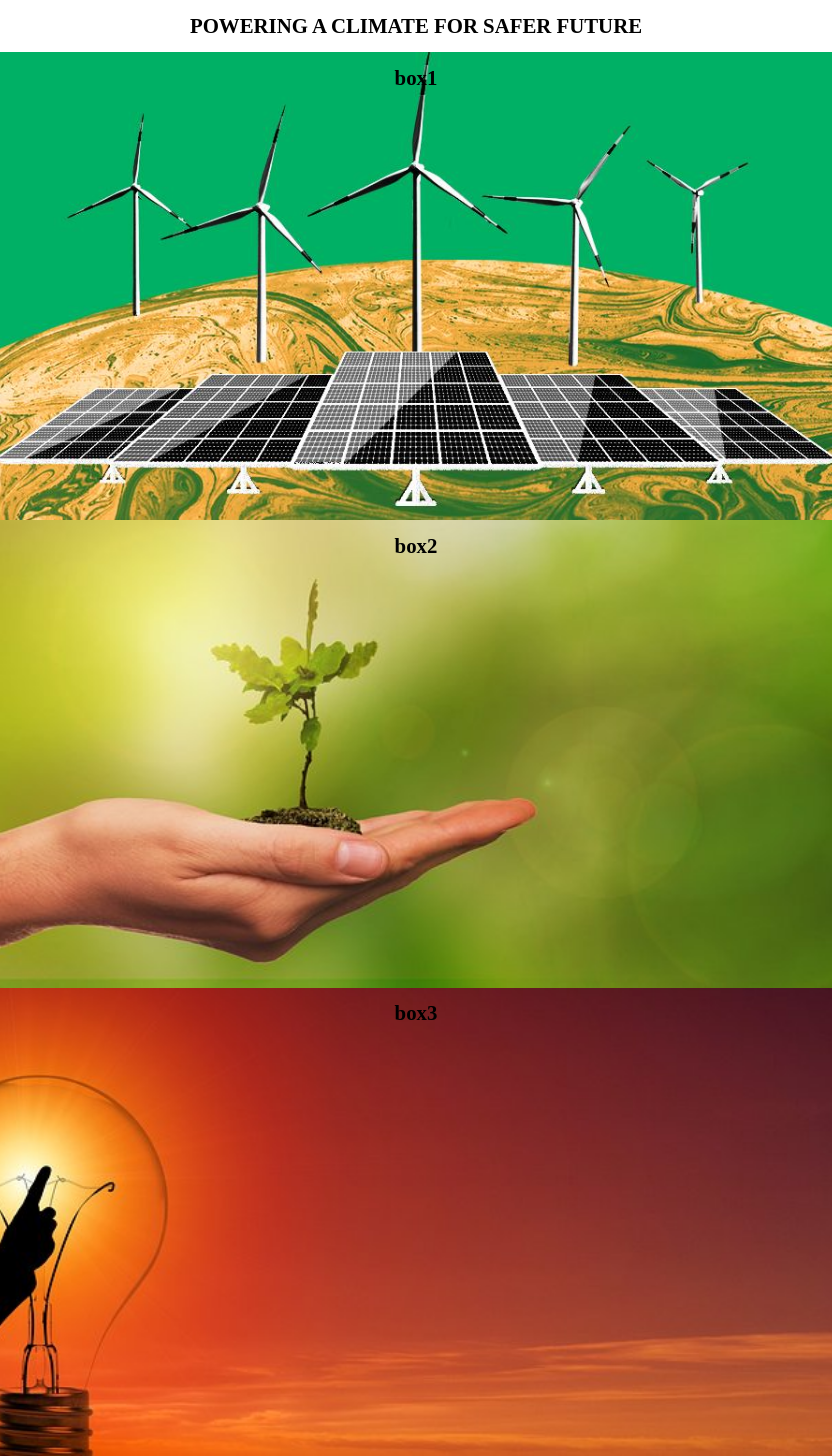
Repository: NavinDayanithi/static-web-design-competition
Page: index.html
An editor plug-in stored every save of this project. The page is shown before and after a run of saves, followed by the edit.
The browser window is 1280 px wide. The pictures show the whole page, at 65% of full size.
Backgrounds fixed to the window are drawn as part of the page.

Above is the page before, as saved 2023-04-28 19:38:19.

### index.html
<!DOCTYPE html>
<html lang="en">
<head>
  <title>POWERING CLIMATE </title>
  <link rel="stylesheet" href="styles.css">
</head>
<body>
    <h1 >POWERING A CLIMATE FOR SAFER FUTURE</h1>
    <div class="box1">
        <h1>box1</h1>
    </div>
    <div class="box2">
        <h1>box2</h1>
    </div>
    <div class="box3">
        <h1>box3</h1>
    </div>
</body>
</html>

### styles.css
*
{
    text-align:center;
    color:black
}
head{
    background-color: aqua;
}
 body{
    margin: 0;
    padding: 0;
    /* background-color: blue; */
}
head{
    text-align: center;
}

.box1{
    height: 100vh;
    width:100%;
    background-image: url(img1.jpg);
    background-size: cover;
    background-position: center;
    display: table;
    background-attachment: fixed;
}

.box2{
    height: 100vh;
    width:100%;
    background-image: url(img2.jpg);
    background-size: cover;
    background-position: center;
    display: table;
    background-attachment: fixed;
}

.box3{
    height: 100vh;
    width:100%;
    background-image: url(img3.jpg);
    background-size: cover;
    background-position: center;
    display: table;
    background-attachment: fixed;
}

After the next 3 saves:
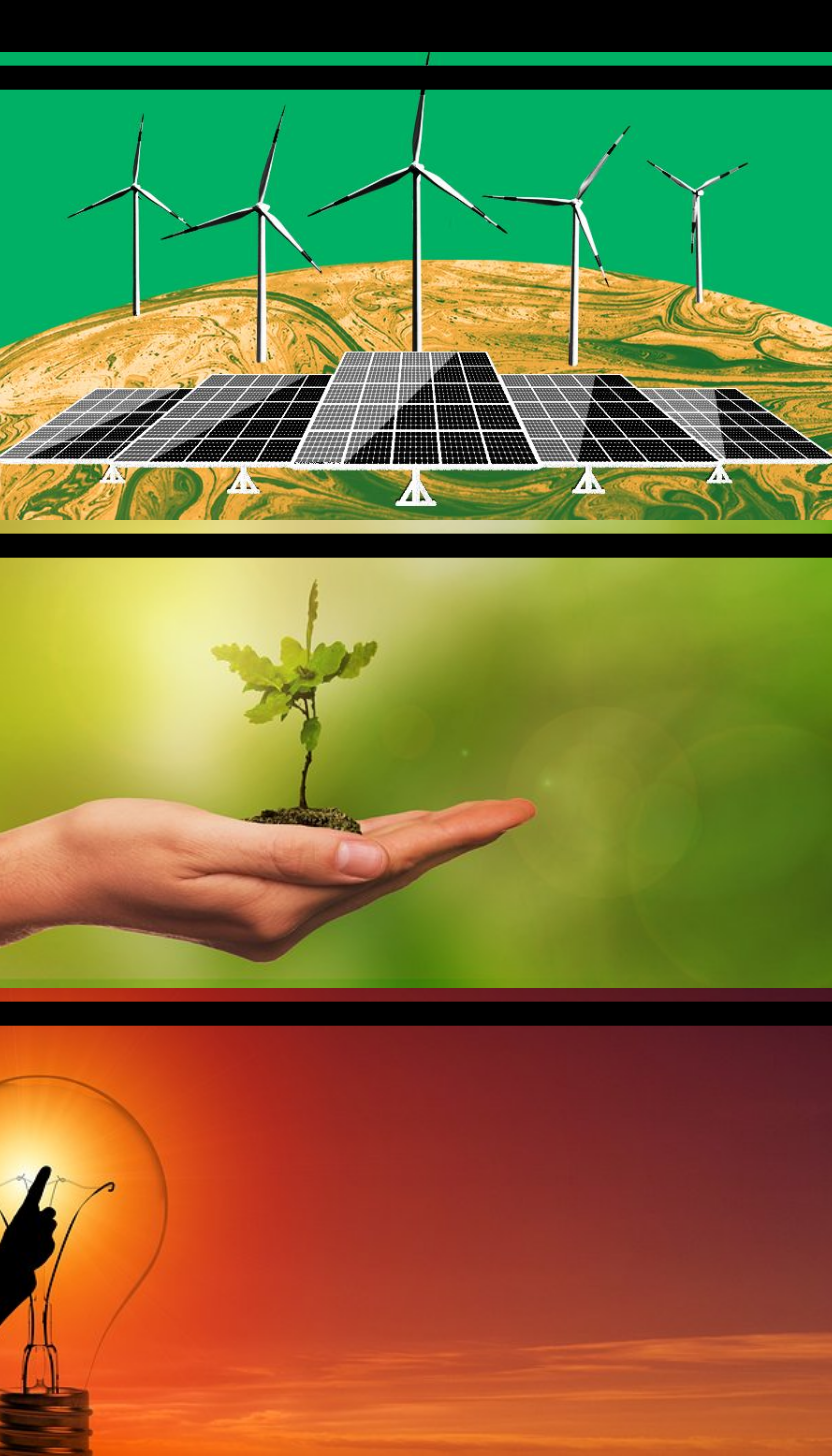
The 3 saves are shown as one change because they came seconds apart.
The last was saved 10 s later.
--- a/styles.css
+++ b/styles.css
@@ -1,7 +1,8 @@
 *
 {
     text-align:center;
-    color:black
+    background-color: black;
+    ba
 }
 head{
     background-color: aqua;
